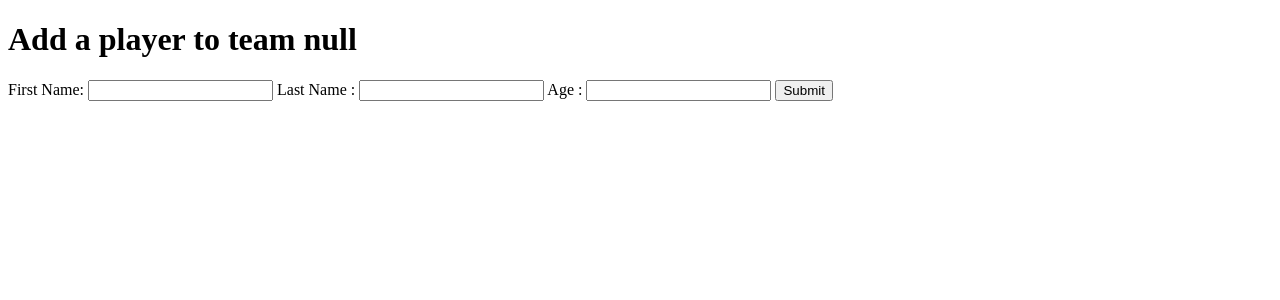
Repository: ohis/JAVAOnTheWeb
Page: http://localhost/TeamRoster/Players
The author's editor kept a copy of each file at every save. The page is drawn from the files as they stood at one save, then again after the next save.
The browser window is 1280 px wide. The pictures show the whole page.
The page is served by Tomcat 9.

Above is the page before, as saved 2017-12-09 04:22:34.

After the next save:
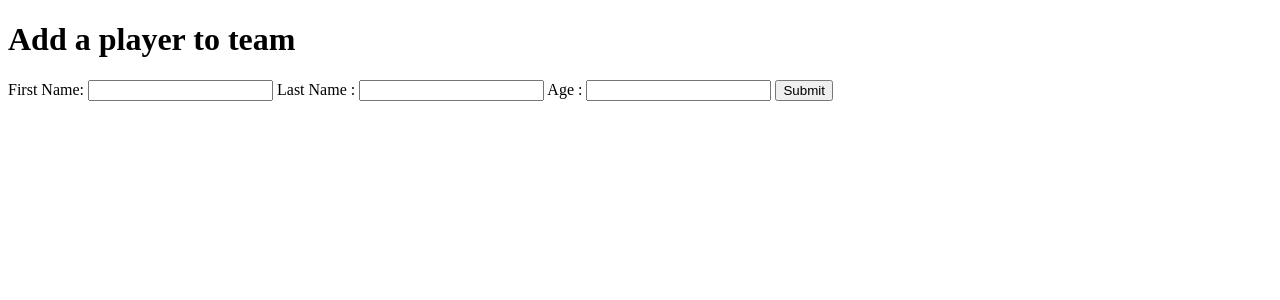
Saved 14 s later.
--- a/servlets/TeamRoster/WebContent/WEB-INF/views/NewPlayer.jsp
+++ b/servlets/TeamRoster/WebContent/WEB-INF/views/NewPlayer.jsp
@@ -7,9 +7,9 @@
 <title>Create a new Player</title>
 </head>
 <body>
-   <% String t = (String)request.getSession().getAttribute("tname"); %>
 
-  <h1>Add a player to team  <%= t %></h1>
+
+  <h1>Add a player to team  ${name}</h1>
 
   <form action="teamInfo" method="post">
     <label>First Name:</label>
